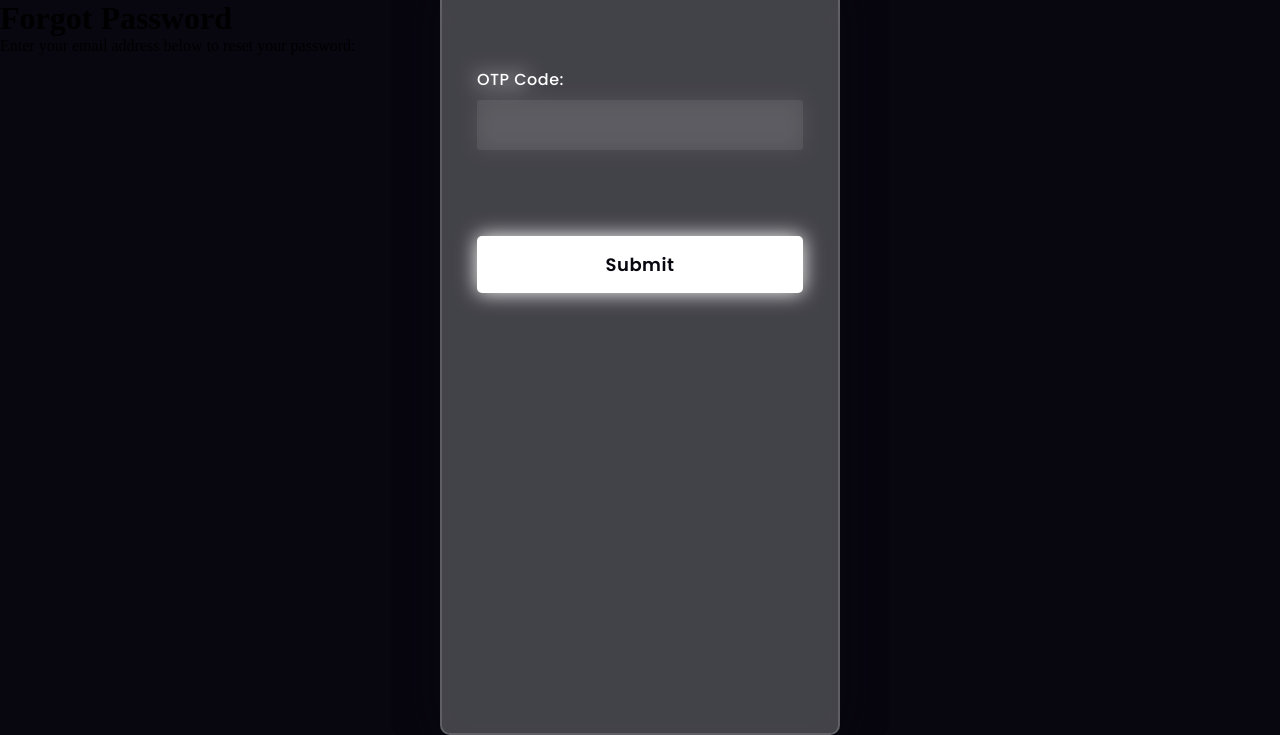
Repository: NguyenHuy-lang/FE-project
Page: sign-in-up/forgot-password.html
The author's editor kept a copy of each file at every save. The page is drawn from the files as they stood at one save, then again after the next save.
The browser window is 1280 px wide. The pictures show the whole page.

Above is the page before, as saved 2023-05-11 17:07:13.

After the next save:
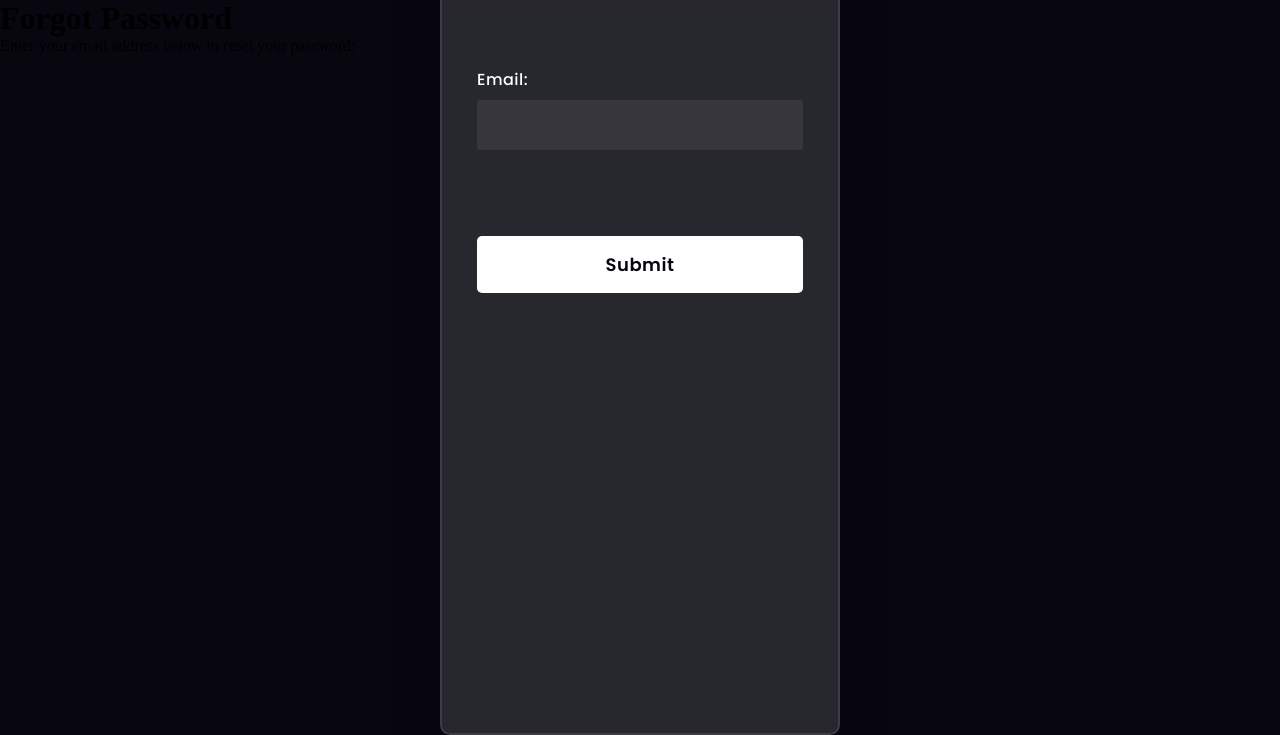
Saved 24 s later.
--- a/sign-in-up/forgot-password.html
+++ b/sign-in-up/forgot-password.html
@@ -158,12 +158,6 @@
         <button onclick="forgotPassword()">Submit</button>
     </form>
     <br>
-    <form id="my-form-2">
-        <label for="otp">OTP Code:</label>
-        <input type="text" id="otp" name="otp" required>
-        <br><br>
-        <button onclick="submitOTP()">Submit</button>
-    </form>
 
 
 </body>
